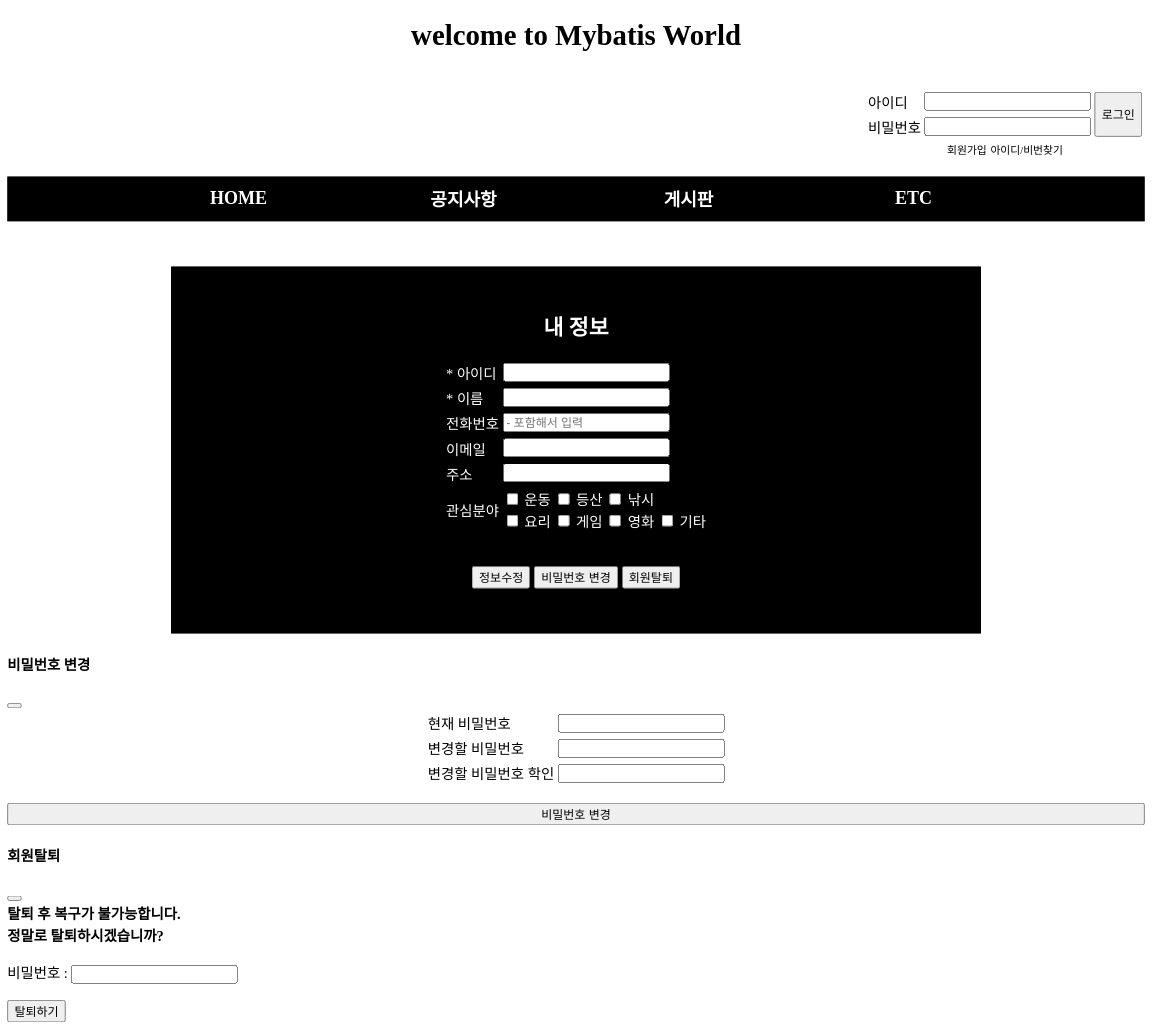
Repository: eru2/Study
Page: http://localhost/mybatisProject/views/member/myPage.jsp
These files come from the project's save history. The page is drawn as it stood at one moment and after the next save; the edit follows.
The browser window is 1280 px wide. The pictures show the whole page, at 90% of full size.
The page is served by Tomcat 10.

Above is the page before, as saved 2025-03-06 06:27:10.

After the next save:
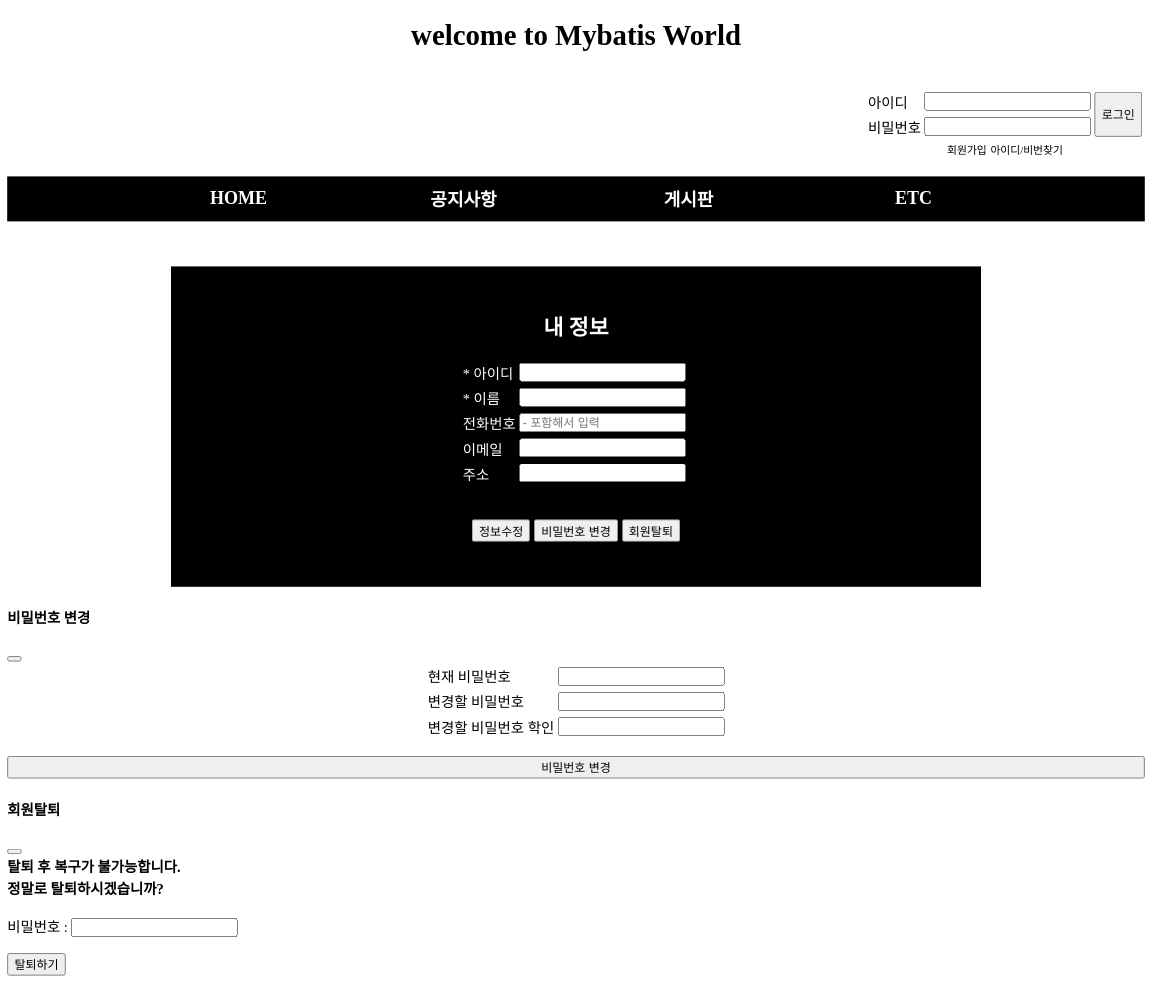
Saved 2 min 15 s later.
--- a/08_MyBatis/mybatisProject/src/main/webapp/views/member/myPage.jsp
+++ b/08_MyBatis/mybatisProject/src/main/webapp/views/member/myPage.jsp
@@ -59,51 +59,8 @@
 					<td><input type="text" name="address" value="${loginUser.address}"></td>
 					<td></td>
 				</tr>
-				<tr>
-					<td>관심분야</td>
-					<td colspan="2">
-						<label>
-							<input type="checkbox" name="interest" value="운동">
-							운동
-						</label>
-						<label>
-							<input type="checkbox" name="interest" value="등산">
-							등산
-						</label>
-						<label>
-							<input type="checkbox" name="interest" value="낚시">
-							낚시
-						</label>
-						<br>
-						<label>
-							<input type="checkbox" name="interest" value="요리">
-							요리
-						</label>
-						<label>
-							<input type="checkbox" name="interest" value="게임">
-							게임
-						</label>
-						<label>
-							<input type="checkbox" name="interest" value="영화">
-							영화
-						</label>
-						<label>
-							<input type="checkbox" name="interest" value="기타">
-							기타
-						</label>
-					</td>
-				</tr>
 			</table>
-			<script>
-				const interest = "${loginUser.interest}"; //"낚시,등산"
-				const inputArr = document.querySelectorAll("input[name=interest]");
 
-				for(let input of inputArr){
-					if(interest.includes(input.value)){ // interest에 input.value의 값이 포함되어 있다면
-						input.checked = true;
-					}
-				}
-			</script>
 
 			<br><br>
 
